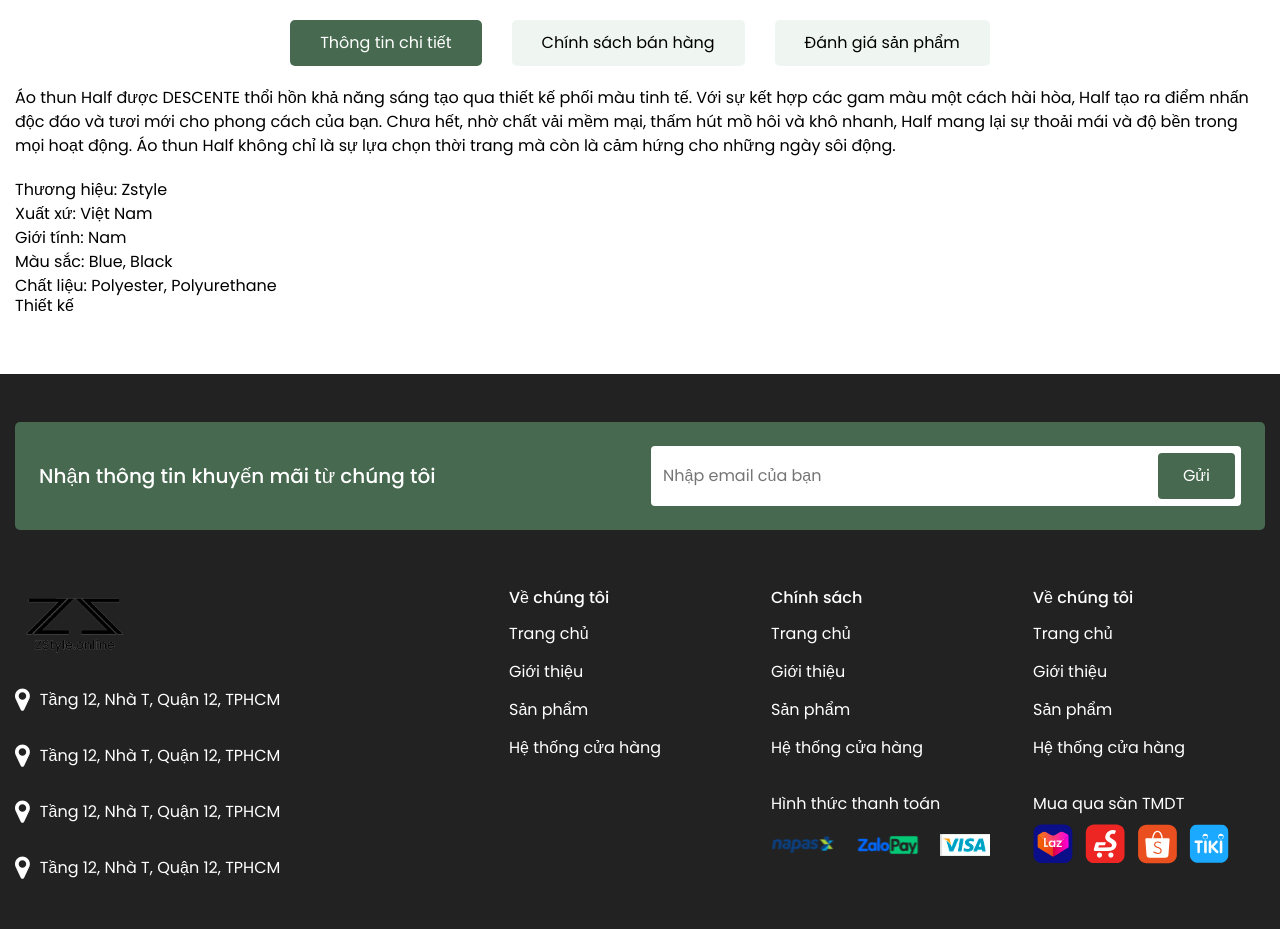
Repository: Toan3333/duanmau
Page: assets/pages/chitietsanpham.html
The author's editor kept a copy of each file at every save. The page is drawn from the files as they stood at one save, then again after the next save.
The browser window is 1280 px wide. The pictures show the part of the page from y = 721 to 1666 px (the page is 1650 px tall before and 1666 px after).
A picture or video elsewhere on the page could not be fetched, so the positions and the page height are approximate. Some web libraries are served in a nearby version.

Above is the page before, as saved 2023-11-03 10:12:52.

### assets/pages/chitietsanpham.html
<!DOCTYPE html>
<html lang="en">
  <head>
    <meta charset="UTF-8" />
    <meta name="viewport" content="width=device-width, initial-scale=1.0" />
    <title>Chi tiết sản phẩm</title>
    <link
      rel="stylesheet"
      type="text/css"
      href="https://cdn.jsdelivr.net/npm/slick-carousel@1.8.1/slick/slick.css" />
    <link rel="stylesheet" href="../css/style.css" />
    <link
      rel="stylesheet"
      href="https://cdnjs.cloudflare.com/ajax/libs/font-awesome/4.7.0/css/font-awesome.min.css"
      integrity="sha512-SfTiTlX6kk+qitfevl/7LibUOeJWlt9rbyDn92a1DqWOw9vWG2MFoays0sgObmWazO5BQPiFucnnEAjpAB+/Sw=="
      crossorigin="anonymous"
      referrerpolicy="no-referrer" />
    <link
      rel="stylesheet"
      type="text/css"
      href="https://cdn.jsdelivr.net/npm/slick-carousel@1.8.1/slick/slick.css" />

    <link
      href="https://fonts.googleapis.com/css?family=Poppins:100,100italic,200,200italic,300,300italic,regular,italic,500,500italic,600,600italic,700,700italic,800,800italic,900,900italic"
      rel="stylesheet" />
  </head>
  <body>
    <div class="app">
      <!-- Header -->
      <header class="header">
        <div class="container">
          <div class="header-main">
            <div class="header-logo">
              <a href="#">
                <img src="../images/logo.svg" alt="" />
              </a>
            </div>
            <form action="" class="header-form">
              <div class="header-input">
                <input type="text" placeholder="Tìm kiếm sản phẩm" />
                <div class="header-input-icon">
                  <i class="fa fa-search" aria-hidden="true"></i>
                </div>
              </div>
            </form>
            <div class="header-auth">
              <div class="header-auth__item">
                <i class="fa fa-heart" aria-hidden="true"></i>
                <a href="#" class="header-link">Yêu thích</a>
              </div>
              <div class="header-auth__item">
                <i class="fa fa-user-circle" aria-hidden="true"></i>
                <a href="#" class="header-link">Đăng nhập</a>
              </div>
              <div class="header-auth__item">
                <i class="fa fa-shopping-bag" aria-hidden="true"></i>
                <a href="#" class="header-link">Giỏ hàng</a>
              </div>
            </div>
          </div>
        </div>
      </header>
      <!-- Header end -->
      <section class="header-bottom">
        <div class="container">
          <div class="header-bottom__main">
            <ul class="header-menu">
              <li class="header-menu-item">
                <a href="/index.html" class="header-menu-link">Trang chủ</a>
              </li>
              <li class="header-menu-item">
                <a href="#" class="header-menu-link">Thiết kế</a>
              </li>
              <li class="header-menu-item">
                <a href="#" class="header-menu-link">Giới thiệu</a>
              </li>
              <li class="header-menu-item">
                <a href="#" class="header-menu-link">Sản phẩm</a>
              </li>
              <li class="header-menu-item">
                <a href="#" class="header-menu-link">Tin tức</a>
              </li>
              <li class="header-menu-item">
                <a href="#" class="header-menu-link">Liên hệ</a>
              </li>
              <li class="header-menu-item">
                <a href="#" class="header-menu-link">Hệ thống cửa hàng</a>
              </li>
            </ul>
          </div>
        </div>
      </section>
      <section class="detail">
        <div class="container">
          <div class="detail-main">
            <div class="detail-image">
              <img class="detail-img" src="../images/product-2.jpg" alt="" />
              <div class="detail-image__list">
                <img class="detail-image__item" src="../images/product-2.jpg" alt="" />
                <img class="detail-image__item" src="../images/product-2.jpg" alt="" />
                <img class="detail-image__item" src="../images/product-2.jpg" alt="" />
                <img class="detail-image__item" src="../images/product-2.jpg" alt="" />
              </div>
            </div>
            <div class="detail-content">
              <h3 class="detail-title">Áo Thun Regular Glorious Hour</h3>
              <div class="detail-code">Mã sản phẩm: <span>ATID0298-01</span></div>
              <div class="detail-price">1.200.000₫</div>
              <div class="detail-auth__color">
                <div class="detail-colors">Màu sắc:</div>
                <div class="detail-color">
                  <div class="detail-circle">
                    <span class="detail-color__circle item-1 active"></span>
                  </div>
                </div>
                <div class="detail-color">
                  <div class="detail-circle">
                    <span class="detail-color__circle item-1 active"></span>
                  </div>
                </div>
                <div class="detail-color">
                  <div class="detail-circle">
                    <span class="detail-color__circle item-1 active"></span>
                  </div>
                </div>
              </div>
              <div class="detail-size">Size: S</div>
              <div class="detail-size__list">
                <div class="detail-size__item active">S</div>
                <div class="detail-size__item">M</div>
                <div class="detail-size__item">L</div>
                <div class="detail-size__item">XL</div>
              </div>
              <div class="detail-auth">
                <div class="detail-text">Số lượng:</div>
                <div class="detail-input">
                  <button class="detail-input__minus">-</button>
                  <input type="text" value="1" />
                  <button class="detail-input__plus">+</button>
                </div>
                <div class="detail-inventory">Còn hàng</div>
              </div>
              <div class="detail-btn">
                <button class="detail-button">Mua ngay</button>
              </div>
              <div class="detail-btn">
                <button class="detail-button__cart">Thêm vào giỏ hàng</button>
              </div>
            </div>
          </div>
          <div class="detail-menu">
            <ul class="detail-tab">
              <li class="detail-tab__item">
                <a href="#" class="detail-tab__link active">Thông tin chi tiết</a>
              </li>
              <li class="detail-tab__item">
                <a href="#" class="detail-tab__link">Chính sách bán hàng</a>
              </li>
              <li class="detail-tab__item">
                <a href="#" class="detail-tab__link">Đánh giá sản phẩm</a>
              </li>
            </ul>
          </div>
          <div class="detail-body">
            <p class="detail-body__text">
              Áo thun Half được DESCENTE thổi hồn khả năng sáng tạo qua thiết kế phối màu tinh tế.
              Với sự kết hợp các gam màu một cách hài hòa, Half tạo ra điểm nhấn độc đáo và tươi mới
              cho phong cách của bạn. Chưa hết, nhờ chất vải mềm mại, thấm hút mồ hôi và khô nhanh,
              Half mang lại sự thoải mái và độ bền trong mọi hoạt động. Áo thun Half không chỉ là sự
              lựa chọn thời trang mà còn là cảm hứng cho những ngày sôi động.
            </p>
          </div>
          <div class="detail-brand">
            <div class="detail-brand__text">Thương hiệu: Zstyle</div>
            <div class="detail-brand__text">Xuất xứ: Việt Nam</div>
            <div class="detail-brand__text">Giới tính: Nam</div>
            <div class="detail-brand__text">Màu sắc: Blue, Black</div>
            <div class="detail-brand__text">Chất liệu: Polyester, Polyurethane</div>
          </div>
          <div class="detail-desc">Thiết kế</div>
        </div>
      </section>
      <footer class="footer">
        <div class="container">
          <div class="footer-box">
            <div class="footer-box__title">Nhận thông tin khuyến mãi từ chúng tôi</div>
            <form action="" class="footer-form">
              <div class="footer-form__input">
                <input class="form-control" type="text" placeholder="Nhập email của bạn " />
                <div class="footer-form__submit">
                  <button type="submit" class="footer-btn">Gửi</button>
                </div>
              </div>
            </form>
          </div>
          <div class="footer-list">
            <div class="footer-column">
              <div class="footer-logo">
                <a href="#">
                  <img src="../images/logo.svg" alt="" />
                </a>
                <div class="footer-nav">
                  <ul class="footer-menu">
                    <li class="footer-item">
                      <a href="#" class="footer-link"
                        ><i class="fa fa-map-marker" aria-hidden="true"></i>
                        Tầng 12, Nhà T, Quận 12, TPHCM
                      </a>
                    </li>
                    <li class="footer-item">
                      <a href="#" class="footer-link"
                        ><i class="fa fa-map-marker" aria-hidden="true"></i>
                        Tầng 12, Nhà T, Quận 12, TPHCM
                      </a>
                    </li>
                    <li class="footer-item">
                      <a href="#" class="footer-link"
                        ><i class="fa fa-map-marker" aria-hidden="true"></i>
                        Tầng 12, Nhà T, Quận 12, TPHCM
                      </a>
                    </li>
                    <li class="footer-item">
                      <a href="#" class="footer-link"
                        ><i class="fa fa-map-marker" aria-hidden="true"></i>
                        Tầng 12, Nhà T, Quận 12, TPHCM
                      </a>
                    </li>
                  </ul>
                </div>
              </div>
            </div>
            <div class="footer-column">
              <h4 class="footer-title">Về chúng tôi</h4>
              <ul class="footer-menus">
                <li>
                  <a href="#" class="footer-link">Trang chủ </a>
                </li>
                <li>
                  <a href="#" class="footer-link">Giới thiệu</a>
                </li>
                <li>
                  <a href="#" class="footer-link">Sản phẩm</a>
                </li>
                <li>
                  <a href="#" class="footer-link">Hệ thống cửa hàng</a>
                </li>
              </ul>
            </div>
            <div class="footer-column">
              <h4 class="footer-title">Chính sách</h4>
              <ul class="footer-menus">
                <li>
                  <a href="#" class="footer-link">Trang chủ </a>
                </li>
                <li>
                  <a href="#" class="footer-link">Giới thiệu</a>
                </li>
                <li>
                  <a href="#" class="footer-link">Sản phẩm</a>
                </li>
                <li>
                  <a href="#" class="footer-link">Hệ thống cửa hàng</a>
                </li>
              </ul>
              <div class="footer-checkout">
                <div class="footer-checkout__title">Hình thức thanh toán</div>
                <div class="footer-checkout__icon">
                  <img src="../images/napas.svg" alt="" />
                  <img src="../images/zalopay-icon.svg" alt="" />
                  <img src="../images/visa.svg" alt="" />
                </div>
              </div>
            </div>
            <div class="footer-column">
              <h4 class="footer-title">Về chúng tôi</h4>
              <ul class="footer-menus">
                <li>
                  <a href="#" class="footer-link">Trang chủ </a>
                </li>
                <li>
                  <a href="#" class="footer-link">Giới thiệu</a>
                </li>
                <li>
                  <a href="#" class="footer-link">Sản phẩm</a>
                </li>
                <li>
                  <a href="#" class="footer-link">Hệ thống cửa hàng</a>
                </li>
              </ul>
              <div class="footer-checkout">
                <div class="footer-checkout__title">Mua qua sàn TMDT</div>
                <div class="footer-checkout__icon">
                  <img class="footer-icon__image" src="../images/lazada.svg" alt="" />
                  <img class="footer-icon__image" src="../images/sendo.svg" alt="" />
                  <img class="footer-icon__image" src="../images/shopee.svg" alt="" />
                  <img class="footer-icon__image" src="../images/tiki.svg" alt="" />
                </div>
              </div>
            </div>
          </div>
        </div>
      </footer>
    </div>
    <script type="text/javascript" src="https://code.jquery.com/jquery-1.11.0.min.js"></script>
    <script
      type="text/javascript"
      src="https://code.jquery.com/jquery-migrate-1.2.1.min.js"></script>
    <script
      type="text/javascript"
      src="https://cdn.jsdelivr.net/npm/slick-carousel@1.8.1/slick/slick.min.js"></script>
    <script src="./assets/js/app.js"></script>
  </body>
</html>

Loaded but not shown: assets/js/app.js (13 lines, source omitted); assets/css/style.css (933 lines, source omitted)

After the next save:
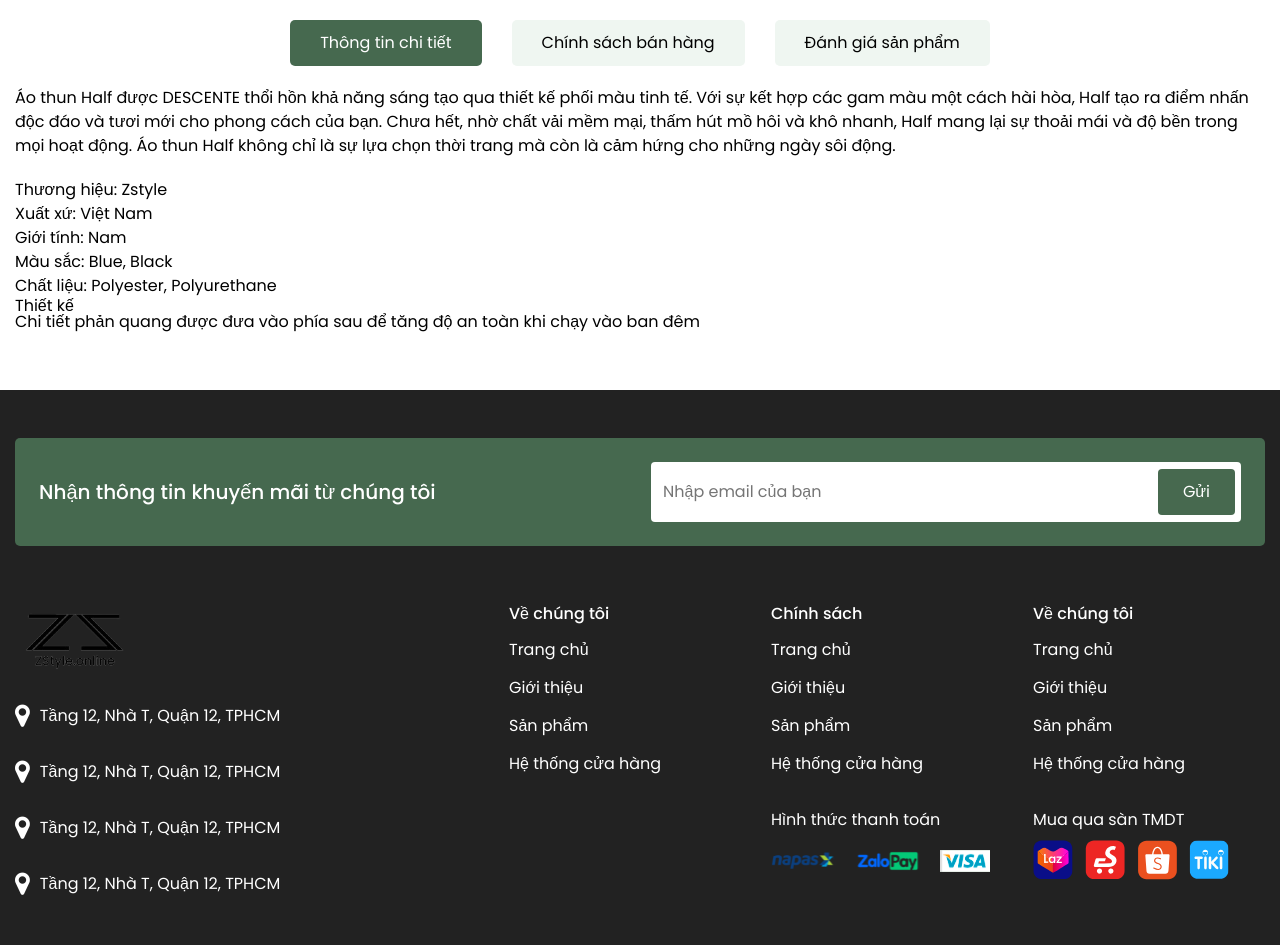
Saved 42 s later.
--- a/assets/pages/chitietsanpham.html
+++ b/assets/pages/chitietsanpham.html
@@ -177,7 +177,14 @@
             <div class="detail-brand__text">Màu sắc: Blue, Black</div>
             <div class="detail-brand__text">Chất liệu: Polyester, Polyurethane</div>
           </div>
-          <div class="detail-desc">Thiết kế</div>
+          <div class="detail-desc">
+            Thiết kế
+            <ul class="detail-design">
+              <li class="detail-design__item">
+                Chi tiết phản quang được đưa vào phía sau để tăng độ an toàn khi chạy vào ban đêm
+              </li>
+            </ul>
+          </div>
         </div>
       </section>
       <footer class="footer">
